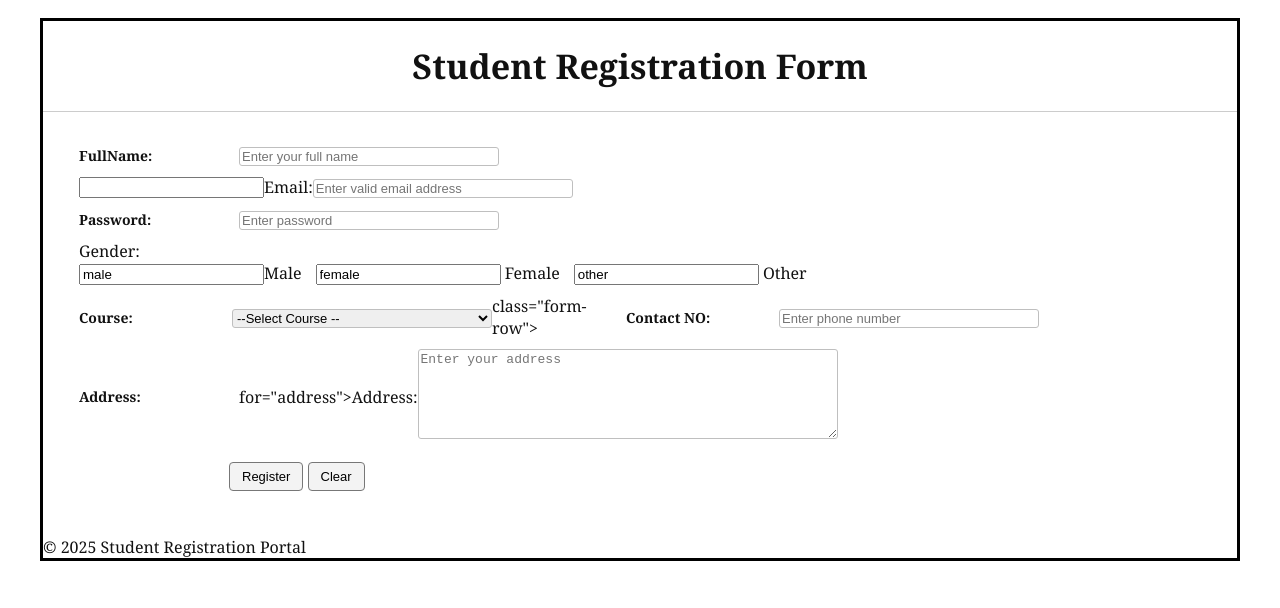
Repository: Glory998/ELCE1-32
Page: experiment5.html
The author's editor kept a copy of each file at every save. The page is drawn from the files as they stood at one save, then again after the next save.
The browser window is 1280 px wide. The pictures show the whole page.

Above is the page before, as saved 2025-10-22 21:48:17.

After the next save:
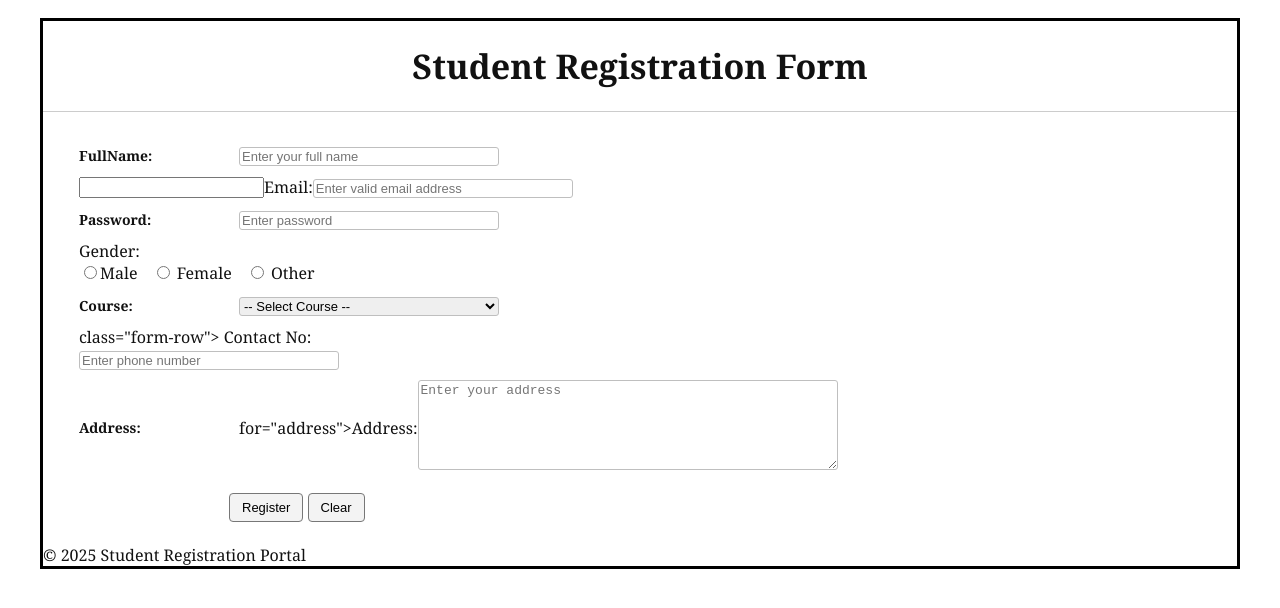
Saved 5 min 39 s later.
--- a/experiment5.html
+++ b/experiment5.html
@@ -185,10 +185,10 @@
                                                     <div class="controls">
                                                         <div class="radio-group"
                                                         role="radiogroup" aria-label="Gender">
-                                                    <label><input type="ratio"
+                                                    <label><input type="radio"
                                                         name="gender" value="male" required />Male</label>
-                                                        <label><input type="ratio" name="gender" value="female" /> Female</label>
-                                                        <label><input type="ratio"
+                                                        <label><input type="radio" name="gender" value="female" /> Female</label>
+                                                        <label><input type="radio"
                                                         name="gender" value="other" /> Other</label>
                                                         </div>
                                                         </div>
@@ -198,7 +198,7 @@
                                                         <div class="controls">
                                                             <select id="course"
                                                             name="course" required>
-                                                        <option value="">--Select Course --</option>
+                                                        <option value="">-- Select Course --</option>
                                                         <option>B.Tech</option>
                                                         <option>MBA</option>
                                                         <option>MCA</Option>
@@ -206,9 +206,10 @@
                                                         <option>Other</option>
                                                         </select>
                                                         </div>
-                                                        <div>
-                                                        </div> class="form-row">
-                                                            <label for="phone">Contact NO:</label>
+                                                    </div>
+
+                                                        <div> class="form-row">
+                                                            <label for="phone">Contact No:</label>
                                                         <div class="controls">
                                                             <input id="phone"
                                                             name="phone" type="tel"
@@ -216,6 +217,7 @@
                                                     pattern="[0-9]{10}" title="10 digit phone number" />
                                                 </div>
                                             </div>
+
                                             <div class="form-row">
                                             <label
                                             for="address">Address:</label>
@@ -232,10 +234,12 @@
                                     </div>
                                 </form>
                                 </main>
-                                <div class="button-bar"></div>
+
+                                <div class="bottom-bar"></div>
                             <footer>
                                 &copy; 2025 Student Registration Portal
                             </footer>
+                            </div>
                         </body>
                     </html>
 
